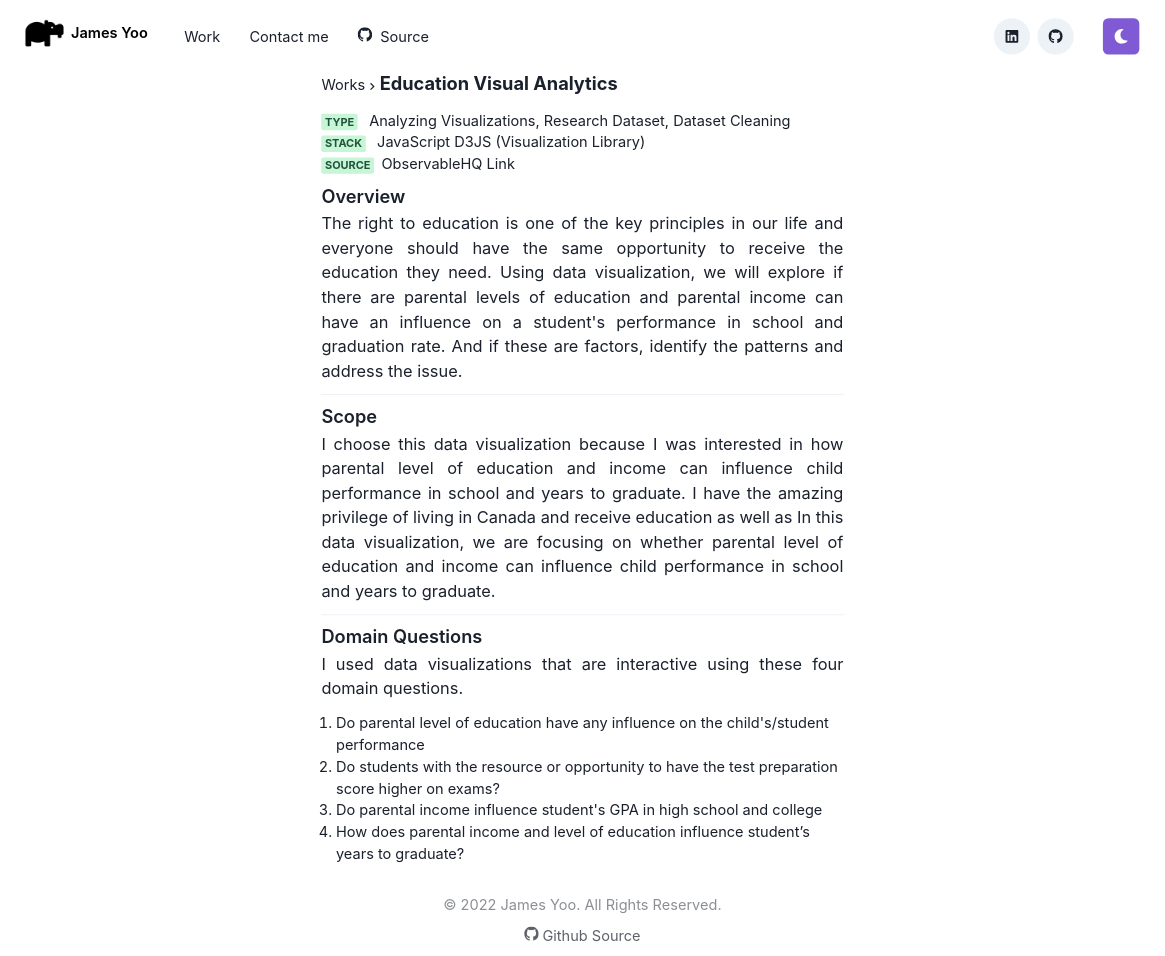
Repository: jammy729/portfolio-2022
Page: /work/educationvisualanalytics
These files come from the project's save history. The page is drawn as it stood at one moment and after a run of saves; the edit follows.
The browser window is 1280 px wide. The pictures show the whole page, at 91% of full size.
The project was rebuilt for these pictures with package versions that can differ from the ones it lists, and the page was loaded fresh each time. Also part of the build but not shown: src/components/home.js, src/components/contact.js, src/components/layouts/layout.js, src/components/work/work.js, src/components/work/Development/WorldInstitutionDatabase/worldinstitutiondatabase.js, src/components/work/Development/GeoMemories/geomemories.js, src/components/work/Design/ExperienceDesign/experiencedesign.js, src/components/work/Development/PersonalPortfolio/personalportfolio.js. Imported but missing from the stored project, and not drawn on this page: src/components/work/Design/FinestCup/finestcup, src/components/work/Development/WorldInstitutionDatabase/universityDatabase.mp4.

Above is the page before, as saved 2022-06-28 15:55:35.

### public/index.html
<!DOCTYPE html>
<html lang="en">
  <head>
    <meta charset="utf-8" />
    <meta name="viewport" content="width=device-width, initial-scale=1" />

    <link rel="shortcut icon" href="%PUBLIC_URL%/hippo.png" />
    <link rel="manifest" href="%PUBLIC_URL%/manifest.json" />

    <title>James Yoo</title>
  </head>
  <body>
    <div id="root"></div>
  </body>
</html>

### src/index.js
import React from 'react'
import ReactDOM from 'react-dom/client'
import './index.css'
import App from './components/App'
import { ChakraProvider, ColorModeScript } from '@chakra-ui/react'

const root = ReactDOM.createRoot(document.getElementById('root'))
root.render(
  <React.StrictMode>
    <ChakraProvider>
      <ColorModeScript initialColorMode='light' />
      <App />
    </ChakraProvider>
  </React.StrictMode>
)

### src/index.css
html, body {
    height: 100%;
  }

### src/components/App.js
import React from 'react'
import Navbar from './navbar'
import { BrowserRouter as Router, Routes, Route } from 'react-router-dom'
import Home from './home'
import Contact from './contact'
import Work from './work/work'
import Footer from './footer'

import UniversityDatabase from './work/Development/WorldInstitutionDatabase/worldinstitutiondatabase'
import GeoMemories from './work/Development/GeoMemories/geomemories'
import FinestCup from './work/Design/FinestCup/finestcup'
import ExperienceDesign from './work/Design/ExperienceDesign/experiencedesign'
import EducationVisualAnalytic from './work/Development/EducationVisualAnalytics/educationvisualanalytics'
import PersonalPortfolio from './work/Development/PersonalPortfolio/personalportfolio'

const App = () => {
  return (
    <Router>
      <Navbar />
      <Routes>
        <Route exact path='/' element={<Home />} />

        <Route exact path='/work' element={<Work />} />
        <Route
          exact
          path='/work/worldinstitutiondatabase'
          element={<UniversityDatabase />}
        />
        <Route exact path='/work/geomemories' element={<GeoMemories />} />
        <Route
          exact
          path='/work/educationvisualanalytics'
          element={<EducationVisualAnalytic />}
        />
        <Route
          exact
          path='/work/personalportfolio'
          element={<PersonalPortfolio />}
        />

        <Route exact path='/work/finestcup' element={<FinestCup />} />
        <Route
          exact
          path='/work/experiencedesign'
          element={<ExperienceDesign />}
        />
        <Route exact path='/contact' element={<Contact />} />
      </Routes>
      <Footer />
    </Router>
  )
}

export default App

### src/components/navbar.js
import { Link } from 'react-router-dom'
import { IconButton } from '@chakra-ui/button'
import { useColorMode } from '@chakra-ui/color-mode'
import { HamburgerIcon } from '@chakra-ui/icons'
import { GoMarkGithub } from 'react-icons/go'
import {
  Flex,
  Stack,
  HStack,
  Spacer,
  MenuItem,
  MenuButton,
  Menu,
  MenuList,
  Box,
  MenuGroup,
  Text,
  Icon
} from '@chakra-ui/react'
import { FaSun, FaMoon, FaGithub, FaLinkedin } from 'react-icons/fa'

import Logo from './logo'
const Navbar = () => {
  const { colorMode, toggleColorMode } = useColorMode()
  const isDark = colorMode === 'dark'
  return (
    <Stack direction={'row'} p={5}>
      <Flex w='full' mx={2}>
        <Logo />

        <HStack
          ml={7}
          justifyContent='center'
          display={{ base: 'none', lg: 'flex' }}
        >
          <Menu>
            <Box px={3}>
              <Link to='./work'>
                <Text>Work</Text>
              </Link>
            </Box>
            <Box px={3}>
              <Link to='/contact'>Contact me</Link>
            </Box>
            <Box px={3} alignItems='center' display='inline-flex'>
              <a
                href='https://github.com/jammy729/portfolio-2022'
                target='blank'
              >
                <Icon as={GoMarkGithub} mr={1} /> Source
              </a>
            </Box>
          </Menu>
        </HStack>

        <Spacer />

        <Box flex={3} align='right' fontSize='md' fontWeight='semibold'>
          <Box flex={1} display={{ base: 'inline-block', lg: 'none' }}>
            <Menu isLazy id='navbar-menu'>
              <IconButton
                boxSize='3rem'
                mx={1}
                icon={isDark ? <FaSun /> : <FaMoon />}
                onClick={toggleColorMode}
                colorScheme={isDark ? 'orange' : 'purple'}
              />
              <MenuButton
                boxSize='3rem'
                as={IconButton}
                icon={<HamburgerIcon />}
                aria-label='Options'
                colorScheme={isDark ? 'blue' : 'blackAlpha'}
              />
              <MenuList w={['80vw', '50vw']}>
                <MenuGroup>
                  <MenuItem pl={5}>
                    <Link to='./work'>Work</Link>
                  </MenuItem>
                  <MenuItem pl={5}>
                    <Link to='./contact'>Contact</Link>
                  </MenuItem>
                  <MenuItem pl={5}>
                    <a
                      href='https://www.linkedin.com/in/james-yoo-b4a1231a5/'
                      target='blank'
                    >
                      <Icon as={FaLinkedin} mr={1} />
                      LinkedIn
                    </a>
                  </MenuItem>
                  <MenuItem pl={5}>
                    <a href='https://github.com/jammy729' target='blank'>
                      <Icon as={GoMarkGithub} mr={1} />
                      GitHub
                    </a>
                  </MenuItem>
                </MenuGroup>
              </MenuList>
            </Menu>
          </Box>
        </Box>

        <Box display={{ base: 'none', lg: 'flex' }}>
          <a
            href='https://www.linkedin.com/in/james-yoo-b4a1231a5/'
            target='blank'
          >
            <IconButton
              icon={<FaLinkedin />}
              isRound='true'
              linkButton={true}
              mx={2}
            />
          </a>
          <a href='https://github.com/jammy729' target='blank'>
            <IconButton icon={<FaGithub />} isRound='true' linkButton={true} />
          </a>
          <IconButton
            ml={8}
            icon={isDark ? <FaSun /> : <FaMoon />}
            onClick={toggleColorMode}
            colorScheme={isDark ? 'orange' : 'purple'}
          />
        </Box>
      </Flex>
    </Stack>
  )
}

export default Navbar

### src/components/footer.js
import { Box, Icon, Text, Container, HStack } from '@chakra-ui/react'
import styled from '@emotion/styled'
import { GoMarkGithub } from 'react-icons/go'

const Bottom = styled.div`
  position: relative;
  width: 100%;
  text-align: center;
  padding-bottom: 10px;
`

const Footer = () => {
  return (
    <Box as='footer'  w="100%" position="absolute" justifyContent="space-between" mt='2rem'>
      <Container opacity={0.5}>
        <Bottom>
          &copy; {new Date().getFullYear()} James Yoo. All Rights Reserved.
        </Bottom>
      </Container>

      <HStack>
        <Bottom>
          <a
            href='https://github.com/jammy729/portfolio-2022'
            target='_blank'
            rel='noopener noreferrer'
          >
            <Text
              opacity={0.7}
              _hover={{
                opacity: '1'
              }}
            >
              <Icon as={GoMarkGithub} mr={1} />
              Github Source
            </Text>
          </a>
        </Bottom>
      </HStack>
    </Box>
  )
}

export default Footer

### src/components/work/Development/EducationVisualAnalytics/educationvisualanalytics.js
import React from 'react'
import { Title, WorkImage, Tag } from '../../../layouts/work-grid'
import {
  Box,
  Container,
  List,
  ListItem,
  OrderedList,
  Divider
} from '@chakra-ui/react'
import { Writing, DescriptionText } from '../../layout'

const EducationVisualAnalytics = () => {
  return (
    <Box>
      <Container>
        <Title>Education Visual Analytics</Title>
        {/* BADGES  */}
        <List>
          <ListItem>
            <Tag> Type </Tag> Analyzing Visualizations, Research Dataset,
            Dataset Cleaning
          </ListItem>
          <ListItem>
            <Tag> Stack </Tag> JavaScript D3JS (Visualization Library)
          </ListItem>
          <ListItem>
            <Tag> Source </Tag>
            <a
              target='blank'
              href='https://observablehq.com/@jamesyoo/iat-355-final-project-spring-2021/2'
            >
              ObservableHQ Link
            </a>
          </ListItem>
        </List>

        {/* OVERVIEW   */}
        <Writing size='md' title='Overview' />
        <DescriptionText>
          The right to education is one of the key principles in our life and
          everyone should have the same opportunity to receive the education
          they need. Using data visualization, we will explore if there are
          parental levels of education and parental income can have an influence
          on a student's performance in school and graduation rate. And if these
          are factors, identify the patterns and address the issue.
        </DescriptionText>

        <Divider />

        {/* SCOPE  */}
        <Writing size='md' title='Scope' />
        <DescriptionText>
          I choose this data visualization because I was interested in how
          parental level of education and income can influence child performance
          in school and years to graduate. I have the amazing privilege of
          living in Canada and receive education as well as In this data
          visualization, we are focusing on whether parental level of education
          and income can influence child performance in school and years to
          graduate.
        </DescriptionText>

        <Divider />

        {/* DOMAIN QUESTIONS  */}
        <Writing size='md' title='Domain Questions' />
        <DescriptionText>
          I used data visualizations that are interactive using these four
          domain questions.
        </DescriptionText>
        <OrderedList>
          <ListItem>
            Do parental level of education have any influence on the
            child's/student performance
          </ListItem>
          <ListItem>
            Do students with the resource or opportunity to have the test
            preparation score higher on exams?
          </ListItem>
          <ListItem>
            Do parental income influence student's GPA in high school and
            college
          </ListItem>
          <ListItem>
            How does parental income and level of education influence student’s
            years to graduate?
          </ListItem>
        </OrderedList>

        {/* CLEANING DATASET  */}

      </Container>
    </Box>
  )
}

export default EducationVisualAnalytics

### src/components/logo.js
import React from 'react'
import { Box, Center, Image, Heading, Text } from '@chakra-ui/react'
import { Link } from 'react-router-dom'
import { useColorMode } from '@chakra-ui/color-mode'
import styled from '@emotion/styled'
import HippoImg from '../contents/hippo.png'
import HippoImgDark from '../contents/hippo-dark.png'
import { useMediaQuery } from '@chakra-ui/react'

const LogoBox = styled.span`
  display: inline-flex;
  align-items: center;

  &:hover img {
    transform: rotate(-10deg);
  }
`
const Logo = () => {
  const { colorMode } = useColorMode()
  const isDark = colorMode === 'dark'
  const [isLargeScreen] = useMediaQuery('(min-width:750px)')
  return (
    <Box>
      <Center>
        <LogoBox>
          <Image
            src={isDark ? HippoImgDark : HippoImg}
            w={{ base: '50px' }}
            pr={2}
          />
          <Heading
            justifyContent='center'
            size={isLargeScreen ? 'md' : 'md'}
            fontWeight='semibold'
            color={isDark ? 'white' : 'black'}
          >
            <Link to='/'>
              <Text fontSize='md'>James Yoo</Text>
            </Link>
          </Heading>
        </LogoBox>
      </Center>
    </Box>
  )
}

export default Logo

### src/components/layouts/work-grid.js
import React from 'react'
import { Link } from 'react-router-dom'
import {
  Box,
  LinkBox,
  LinkOverlay,
  Text,
  Image,
  Heading,
  Badge,
  Center
} from '@chakra-ui/react'
import { useMediaQuery } from '@chakra-ui/media-query'
import { ChevronRightIcon } from '@chakra-ui/icons'
import { useColorMode } from '@chakra-ui/color-mode'

export const WorkGrid = ({ children, id, title, thumbnail }) => {
  const [isLargeScreen] = useMediaQuery('(min-width:750px)')

  return (
    <Box maxW='100%' maxH='auto' pb={6} textAlign='center' position='relative'>
      <Link to={`/work/${id}`}>
        <LinkBox cursor='pointer'>
          <Image
            objectFit='cover'
            margin='auto'
            src={thumbnail}
            alt={title}
            placeholder='blur'
            w='100%'
            h={isLargeScreen ? '300px' : '270px'}
            borderRadius='lg'
            fallbackSrc='https://via.placeholder.com/150'
          />
          <LinkOverlay to={`/work/${id}`}>
            <Text mt={2} fontSize={20} fontWeight='semibold'>
              {title}
            </Text>
          </LinkOverlay>
          <Text fontSize={14} px={5}>
            {children}
          </Text>
        </LinkBox>
      </Link>
    </Box>
  )
}

export const Title = ({ children }) => (
  <Box>
    <Link to='/work'>Works</Link>
    <span>
      <ChevronRightIcon />
    </span>
    <Heading display='inline-block' as='h3' fontSize={20} mb={4}>
      {children}
    </Heading>
  </Box>
)

export const WorkImage = ({ src, alt, caption, w }) => {
  const { colorMode } = useColorMode()

  const isDark = colorMode === 'dark'
  return (
    <Box mb={3}>
      <Image borderRadius='2xl' w={w} src={src} alt={alt} mt={4} />
      <Center>
        <Text color={isDark ? 'gray.300' : 'gray.500'}>{caption}</Text>
      </Center>
    </Box>
  )
}

export const Tag = ({ children }) => (
  <Badge colorScheme='green' mr={2}>
    {children}
  </Badge>
)

### src/components/work/layout.js
import React from 'react'
import { Link } from 'react-router-dom'
import { useColorMode } from '@chakra-ui/color-mode'
import { useMediaQuery } from '@chakra-ui/media-query'

import {
  Center,
  Flex,
  Box,
  Text,
  Button,
  Stack,
  Heading,
  Image
} from '@chakra-ui/react'
import profile from '../work/Home/profile.JPG'
export const HeroSection = ({ name, role, work, contact, src }) => {
  const { colorMode } = useColorMode()
  const isDark = colorMode === 'dark'

  const [isLargeScreen] = useMediaQuery('(min-width:750px)')
  return (
    <Center>
      <Flex>
        <Box>
          <Center>
            <Image
              boxSize={isLargeScreen ? '300px' : '250px'}
              src={profile}
              objectFit='cover'
              borderRadius='lg'
            />
          </Center>

          <Text fontSize='3xl' fontWeight='semibold'>
            {name}
          </Text>
          <Text color={isDark ? 'gray.200' : 'black'} mb={4}>
            {role}
          </Text>
          <Stack direction={isLargeScreen ? 'row' : 'column'}>
            <Link to='./work'>
              <Button
                colorScheme='teal'
                cursor='pointer'
                variant='solid'
                w='100%'
              >
                {work}
              </Button>
            </Link>

            <Link to='./contact'>
              <Button
                colorScheme='teal'
                cursor='pointer'
                variant='outline'
                w='100%'
              >
                {contact}
              </Button>
            </Link>
          </Stack>
        </Box>
      </Flex>
    </Center>
  )
}

export const About = ({ title, bio }) => {
  const [isLargeScreen] = useMediaQuery('(min-width:750px)')

  return (
    <Center>
      <Box width={isLargeScreen ? '600px' : '80%'} margin='auto'>
        <Heading size={isLargeScreen ? 'md' : 'lg'} as='u'>
          {title}
        </Heading>
        <Text
          textAlign='justify'
          py='10px'
          fontSize={{ sm: 'lg', md: 'lg', lg: 'md' }}
        >
          {bio}
        </Text>
      </Box>
    </Center>
  )
}

export const Writings = ({ size, title, description }) => {
  return (
    <>
      <Heading size={size} mt={3} mb={1} fontWeight='semibold'>
        {title}
      </Heading>
      <Text mb={3} fontSize='lg' textAlign='justify'>
        {description}
      </Text>
    </>
  )
}

export const Writing = ({ size, title }) => {
  return (
    <>
      <Heading size={size} mt={3} mb={1} fontWeight='semibold'>
        {title}
      </Heading>
    </>
  )
}

export const DescriptionText = ({ children }) => {
  return (
    <>
      <Text mb={3} fontSize='lg' textAlign='justify'>
        {children}
      </Text>
    </>
  )
}

After the next 4 saves:
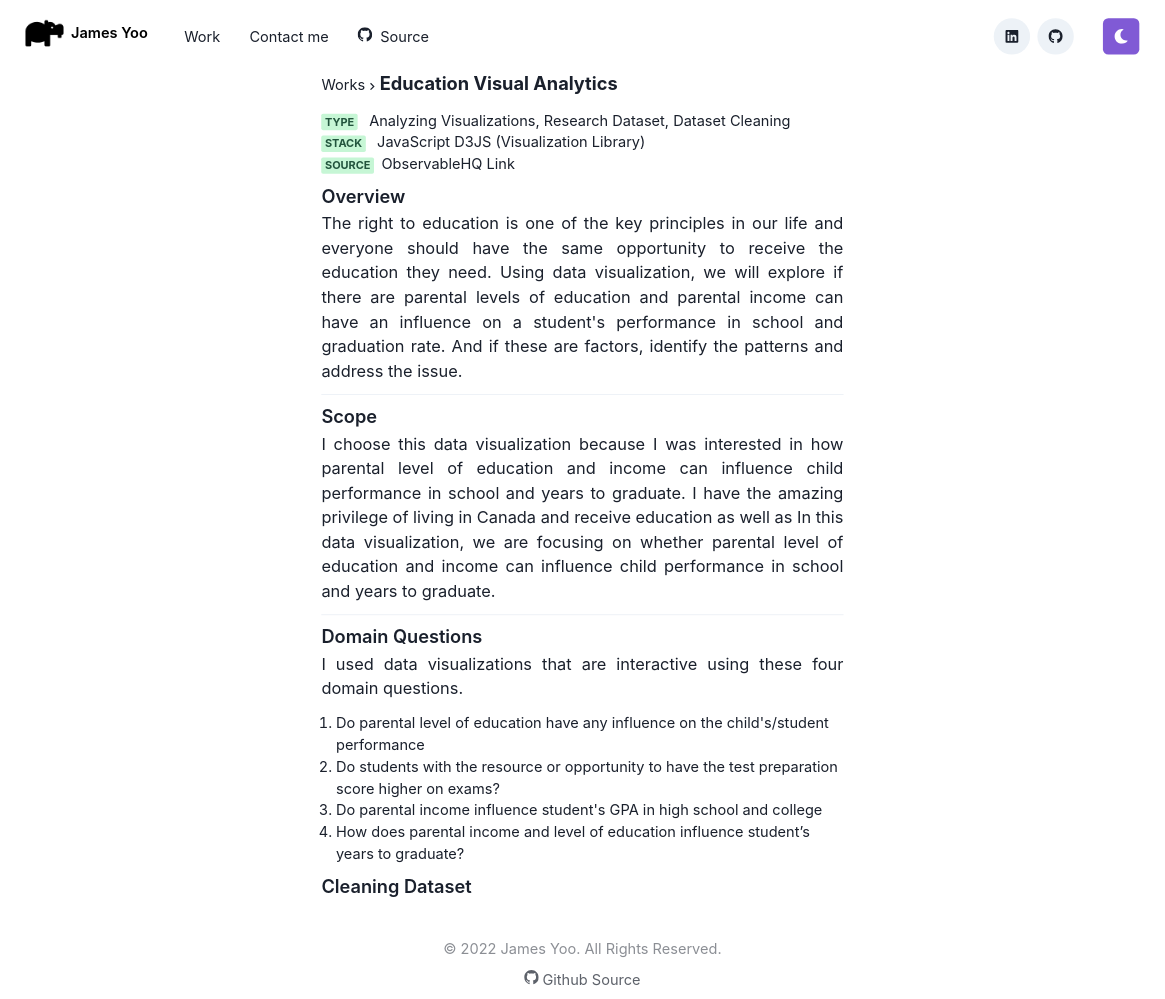
The 4 saves are shown as one change because 2 did not build or start and some came seconds apart.
The last was saved 25 s later.
--- a/src/components/work/Development/EducationVisualAnalytics/educationvisualanalytics.js
+++ b/src/components/work/Development/EducationVisualAnalytics/educationvisualanalytics.js
@@ -88,7 +88,10 @@ const EducationVisualAnalytics = () => {
         </OrderedList>
 
         {/* CLEANING DATASET  */}
+        <Writing size="md" title="Cleaning Dataset" />
+        <DescriptionText>
 
+        </DescriptionText>
       </Container>
     </Box>
   )
